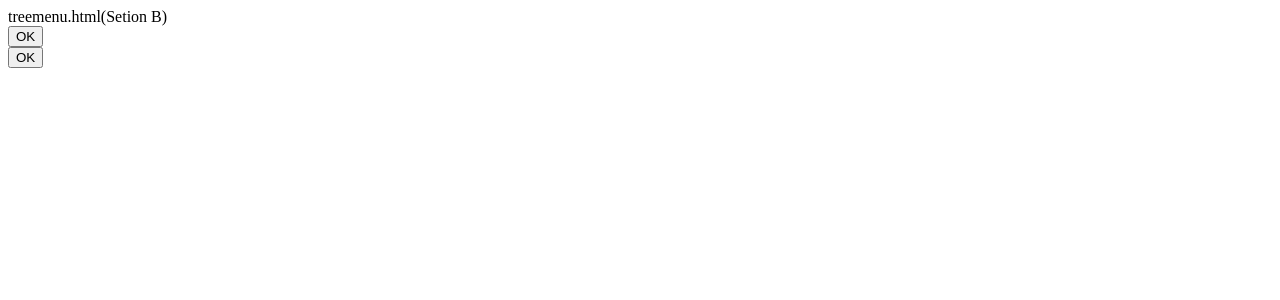
Repository: sheep9590/Test
Page: eclipse-workspace/Prj03/WebRoot/left.html
These files come from the project's save history. The page is drawn as it stood at one moment and after the next save; the edit follows.
The browser window is 1280 px wide. The pictures show the whole page.

Above is the page before, as saved 2021-09-09 11:23:14.

### eclipse-workspace/Prj03/WebRoot/left.html
<!DOCTYPE html>
<html>
<body>
   <span> treemenu.html(Setion B)</span><br>
   <a href="Introduction.html" target="right"><input type="submit" value="OK"></a><br>
   <input type="submit" value="OK">
</body>
</html>

After the next save:
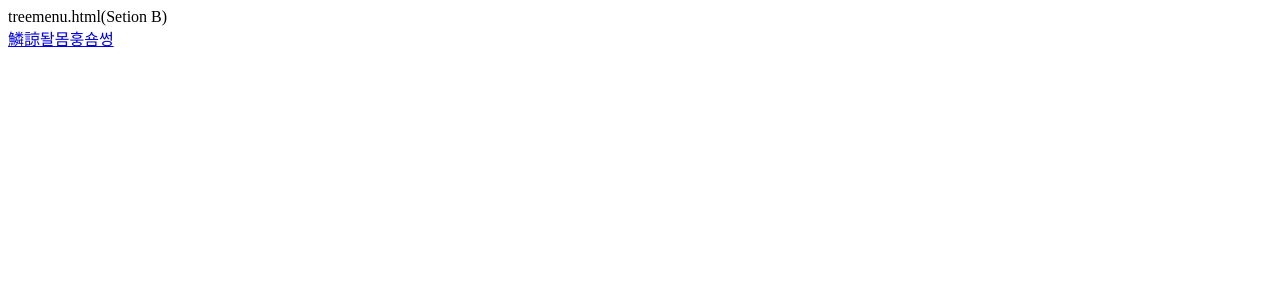
Saved 3 min 43 s later.
--- a/eclipse-workspace/Prj03/WebRoot/left.html
+++ b/eclipse-workspace/Prj03/WebRoot/left.html
@@ -2,7 +2,6 @@
 <html>
 <body>
    <span> treemenu.html(Setion B)</span><br>
-   <a href="Introduction.html" target="right"><input type="submit" value="OK"></a><br>
-   <input type="submit" value="OK">
+   <a href="Introduction.html" target="right">鱗諒돨몸훙숌썽</a><br>
 </body>
 </html>
